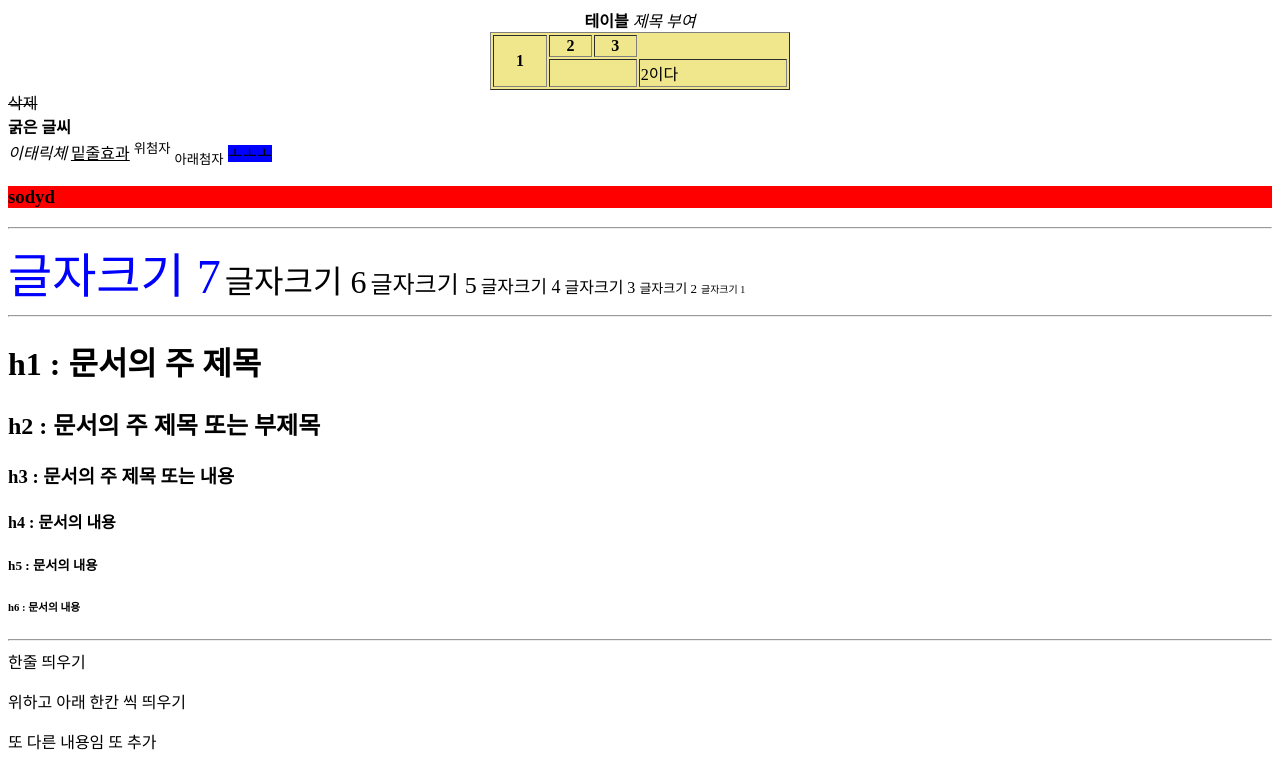
Repository: sika5382/jsp
Page: html/WebContent/NewFile.html
These files come from the project's save history. The page is drawn as it stood at one moment and after the next save; the edit follows.
The browser window is 1280 px wide. The pictures show the whole page.

Above is the page before, as saved 2020-10-29 05:57:37.

### html/WebContent/NewFile.html
<!DOCTYPE html>
<html>
<head>
<meta charset="UTF-8">
<title>Insert title here</title>
</head>
<!--
<body text="white" bgcolor='black'>
	 -->
<body>

<table border="1" align="center" width = "300" bgcolor="khaki">

	<caption><b>테이블</b> <i>제목 부여</i></caption>
	<tr>
		<th width ="50" rowspan="2">1</th>
		<th aligh="right">2</th>
		<th>3</th>

	</tr>

	<tr>
		<td colspan="2"></td>
		<td>2이다</td>


	</tr>

</table>

<strike>삭제</strike><br>
<b>굵은 글씨</b><br>
<i>이태릭체</i>
<u>밑줄효과</u>
<sup>위첨자</sup>
<sub>아래첨자</sub>

<font style="background-color:blue;">ㅗㅗㅗ</font>
<h3 style="background-color:red;">sodyd</h3>

<hr>

<font size="7" face="궁서체" color="blue">글자크기 7</font>
<font size="6">글자크기 6</font>
<font size="5">글자크기 5</font>
<font size="4">글자크기 4</font>
<font size="3">글자크기 3</font>
<font size="2">글자크기 2</font>
<font size="1">글자크기 1</font>

<hr>

<h1> h1 : 문서의 주 제목</h1>
<h2> h2 : 문서의 주 제목 또는 부제목</h2>
<h3> h3 : 문서의 주 제목 또는 내용</h3>
<h4> h4 : 문서의 내용</h4>
<h5> h5 : 문서의 내용</h5>
<h6> h6 : 문서의 내용</h6>

<hr>
	 한줄 띄우기 <br>
	<p>위하고 아래 한칸 씩 띄우기 </p>

		 <!-- html 주석 -->
	또 다른 내용임
	또 추가
</body>
</html>

After the next save:
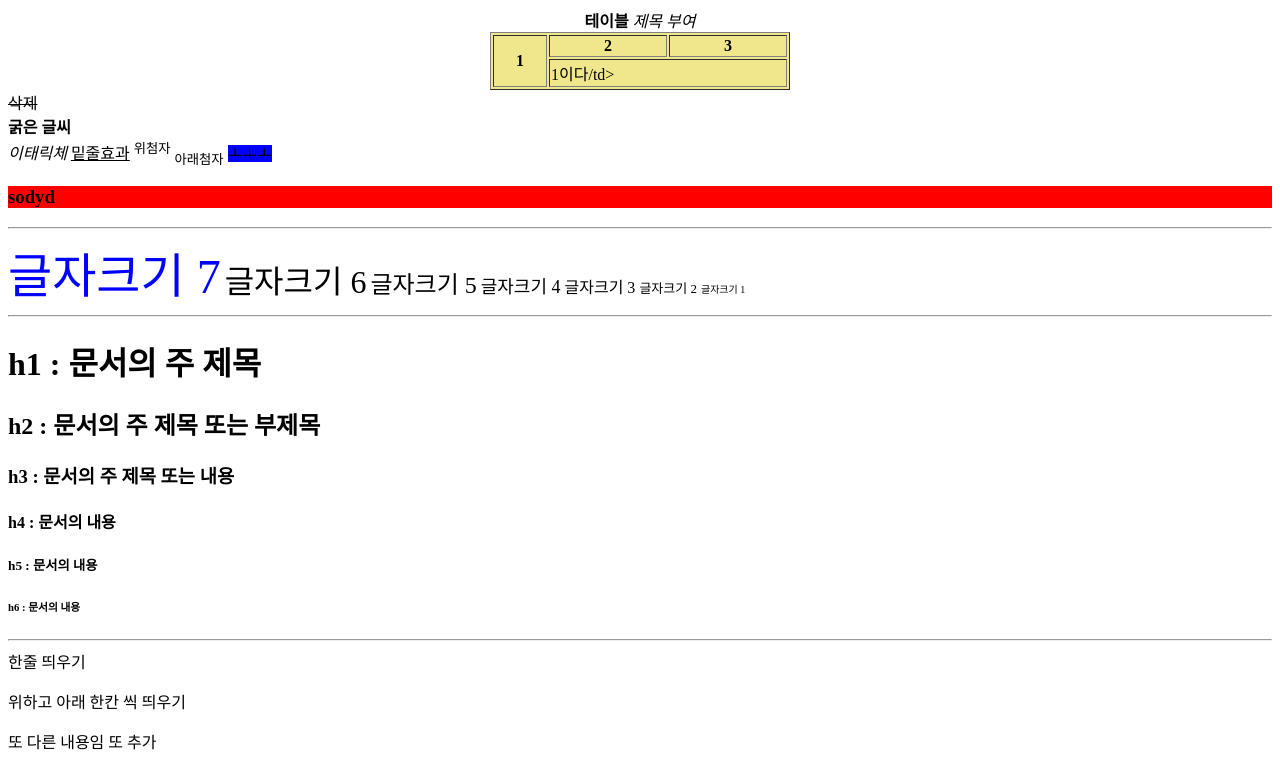
Saved 12 s later.
--- a/html/WebContent/NewFile.html
+++ b/html/WebContent/NewFile.html
@@ -20,8 +20,8 @@
 	</tr>
 
 	<tr>
-		<td colspan="2"></td>
-		<td>2이다</td>
+		<td colspan="2">1이다/td>
+
 
 
 	</tr>
